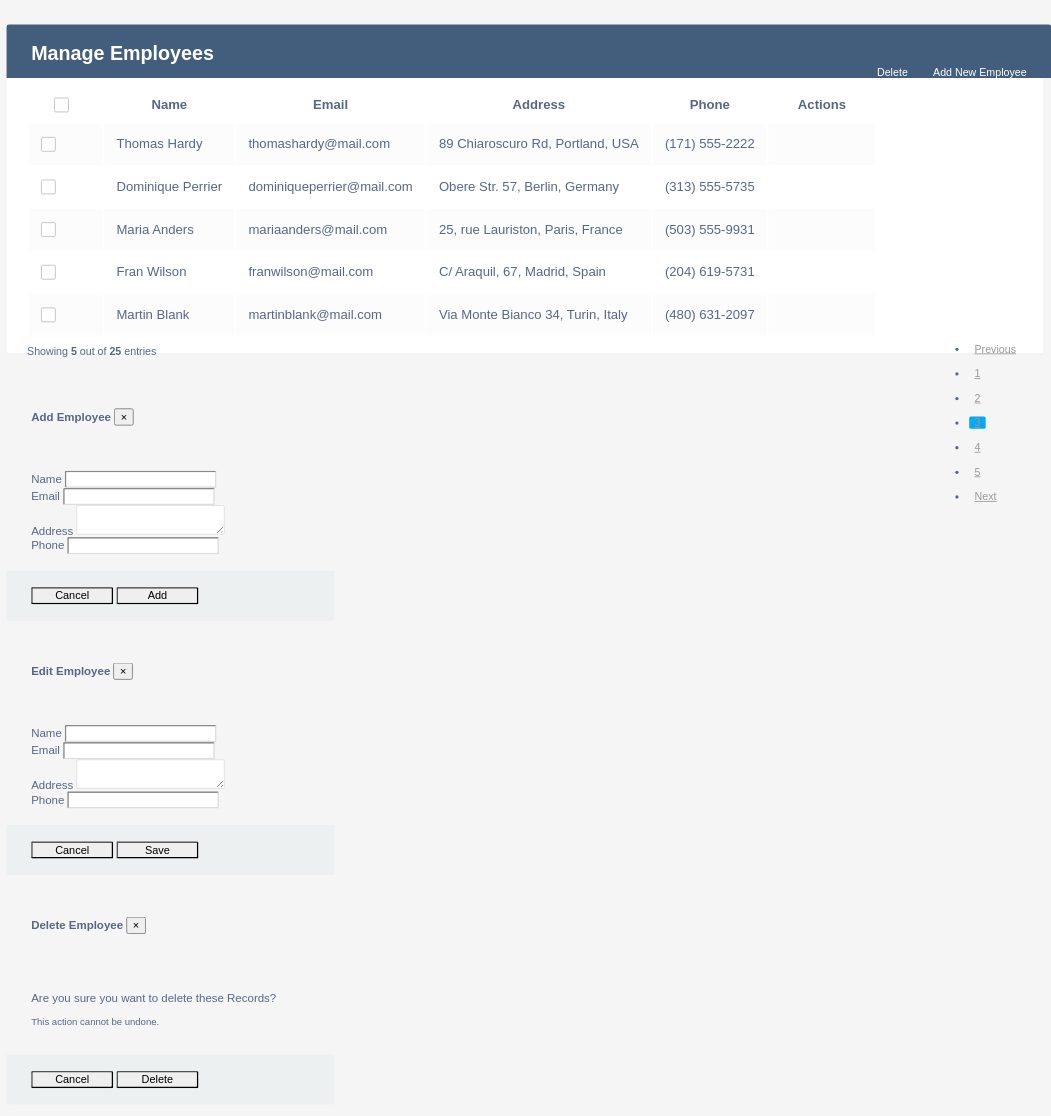
Repository: BigFor4/LearnPython
Page: apps/templates/manage/users.html
The author's editor kept a copy of each file at every save. The page is drawn from the files as they stood at one save, then again after a run of saves.
The browser window is 1280 px wide. The page is 1282 px wide, then 1280 px, so the pictures cover 1282 px, including what lies to the right of the window. The pictures show the whole page, at 82% of full size.
The template is drawn by Flask 3. The application's start-up code is not run. The template is opened directly, without the code that normally fills it, so the values that code supplies are empty.

Above is the page before, as saved 2022-01-21 10:03:32.
Console error: ReferenceError: $ is not defined

After the next 2 saves:
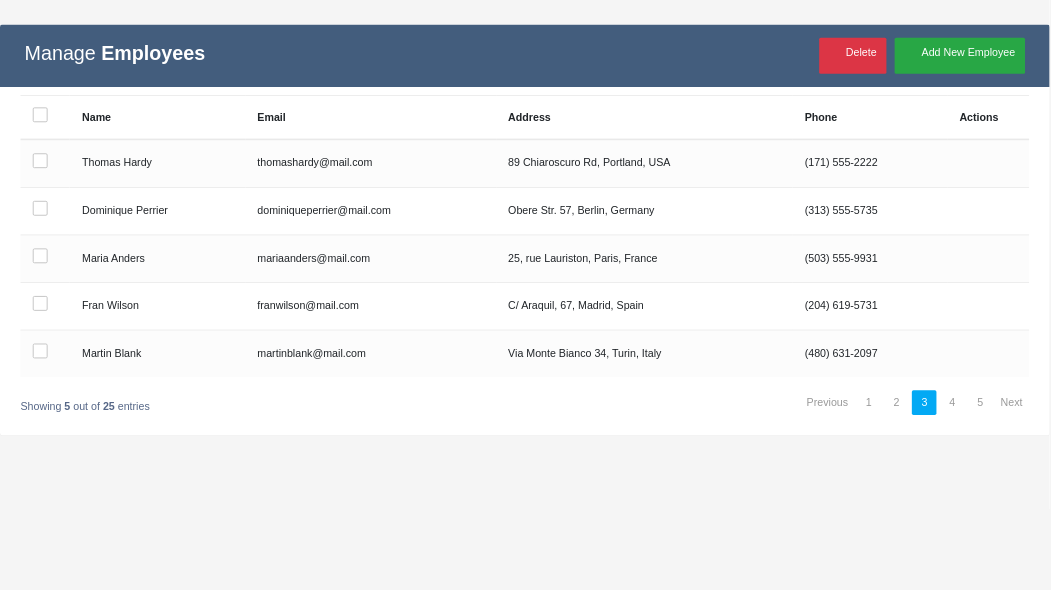
The 2 saves are shown as one change because 1 did not build or start.
The last was saved 18 s later.
--- a/apps/templates/manage/users.html
+++ b/apps/templates/manage/users.html
@@ -1,4 +1,5 @@
-    <style>
+   {% extends 'layouts/layout.html' %} {% block body %}
+   <style>
       body {
         color: #566787;
         background: #f5f5f5;
@@ -638,3 +639,4 @@
       </div>
     </div>
   </body>
+  {% endblock %}
